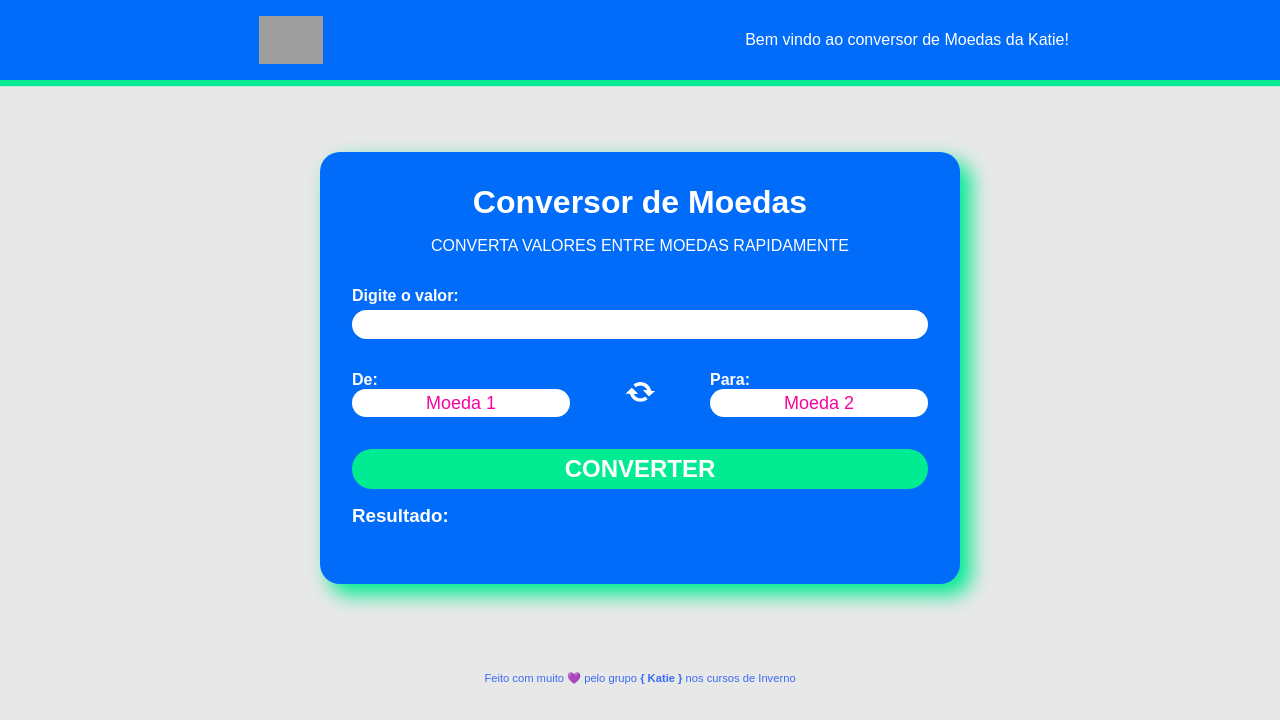
Repository: willamesalmeida/Conversor-de-Moedas
Page: index.html
These files come from the project's save history. The page is drawn as it stood at one moment and after the next save; the edit follows.
The browser window is 1280 px wide. The pictures show the whole page.
Pictures or frames that could not be fetched are drawn as grey boxes.

Above is the page before, as saved 2022-08-07 18:49:01.

### index.html
<!DOCTYPE html>
<html lang="pt-br">
<head>
    <meta charset="UTF-8" />
    <meta name="viewport" content="width=device-width, initial-scale=1.0">
    <link rel="stylesheet" href="./global.css">
    <link rel="stylesheet" href="./styles.css">
    <title>Conversor de moedas KATIE</title>
</head>
<body>
    <script src="script.js"></script>

    <header class="cabecalho">
        <img class="gif-katie" src="https://ic.ufal.br/extensao/katie/resources/logoanim.gif"/>
        <p class="saudacao">Bem vindo ao conversor de Moedas da Katie!</p>
    </header>
    <main class="container">
        <section class="card">
            <header>
                <h2 class="titulo">Conversor de Moedas</h2>
                CONVERTA VALORES ENTRE MOEDAS RAPIDAMENTE
            </header>

            <section class="valor">
                <label>Digite o valor:</label>
                <input type="number" id="valor_inicial">
            </section>

            <section class="conversao">
                <div  class="converter-de">
                    <label>De:</label>
                    <select name="moedasde" id="moedasde">
                        <option value="Moeda 1">Moeda 1</option>
                        <option value="USD">Dolar</option>
                        <option value="BRL">Real</option>
                        <option value="EUR">Euro</option>
                      </select>
                </div>
                <div class = "icone-conversor">
                    <img src="./conversor.png" width="60px" alt="icone de conversão">
                </div>
                <div class="converter-para">
                    <label>Para:</label>
                    <select name="moedaspara" id="moedaspara">
                        <option value="Moeda 2">Moeda 2</option>
                        <option value="USD">Dolar</option>
                        <option value="BRL">Real</option>
                        <option value="EUR">Euro</option>
                      </select>
                </div>

            </section>
            <button type="submit" onclick="Converter()">CONVERTER</button>
            <h3>Resultado:</h3>
            <span id="resultado" class="resultado"></span>

        </section>

    </main>
    <footer>
        Feito com muito &#128156 pelo grupo <strong>{ Katie }</strong> nos cursos de Inverno
    </footer>


</body>
</html>

### global.css
@import url('https://fonts.googleapis.com/css2?family=Roboto+Flex:opsz,wght@8..144,400;8..144,500&family=Roboto:ital,wght@0,100;0,300;0,400;0,500;0,700;0,900;1,100;1,300;1,400;1,500;1,700;1,900&display=swap');
:root {
  --rosa-katie: #f8049c;
  --amarelo-katie: #fdd54f;
  --cinza-katie: #1f1f24;
  --rosa-claro: #EF5AA7;
  --branco:  #ffffff;
  --blue: #3A6CF5;
  --gray:#E8E8E8;
  --grey2: #EBEBF3;
  --red:#FF0000;
  --greendark:#007560;
  --greenlight:#27EDC4;
  --greenciano:#51EFD0;
  --azul:#006CF9;
  --greengreen:#00EB92;
}

* {
  margin: 0;
  padding: 0;
  box-sizing: border-box;
}

body {
  font-family: 'Roboto ', sans-serif;
  font-family: 'Roboto Flex ', sans-serif;
  color: #ffffff;
  background-color: var(--gray);

}

### styles.css
.cabecalho {
  background: var(--azul);
  padding: 1rem 0;
}

.gif-katie {
  margin-left: 3rem;
  height: 3rem;
}
.cabecalho{
  display: flex;
  align-items: center;
  justify-content: space-around;
  box-shadow: 1px 1px 1px 5px var(--greengreen)
}

.saudacao {
  text-align: center;

}

.container {
  padding: 2.5rem 1rem;
}

.card {
  background: var(--azul);
  width: 40rem;
  height: 27rem;
  border-radius: 20px;
  padding: 2rem;
  margin: 2rem auto;
  box-shadow: 10px 10px 20px 1px var(--greengreen)
}

header h2 {
  font-size: 2rem;
}

.titulo {
  margin-bottom: 1rem;
}

.card header {
  text-align: center;
}

.valor {
  margin: 2rem 0;
  display: flex;
  flex-direction: column;
}

label {
  font-size: 1rem;
  font-weight: bold;
  margin-bottom: 0.3rem;
}

input,
select {
  -webkit-appearance: none;
  -moz-appearance: none;
  appearance: none;
  border: none;
  border-radius: 2rem;
  height: 1.8rem;
  width: 100%;
  background: var(--branco);
  color: var(--rosa-katie);
  outline: none;
  font-size: 18px;


}
select{
  text-align: center;
  padding:0.7 ;}
input {
    padding: 0.8rem;
}

.conversao {
    width: 100%;
    margin: 2rem 0;
    display: flex;
    flex-direction: row;
    justify-content: center;
    align-items: center;
  }

.converter-de,
.converter-para {
  width: 100%;
}

.converter-de {
  margin-right: 2.5rem;
}

.converter-para {
  margin-left: 2.5rem;
}

button {
  background: var(--greengreen);
  border: none;
  border-radius: 2rem;
  width: 100%;
  height: 2.5rem;
  cursor: pointer;
  color: var(--branco);
  font-weight: bold;
  font-size: 1.5rem;
  transition: 0.5s;
  margin-bottom: 1rem;
}

#resultado {
    font-weight: bold;
    color: var(--amarelo-katie);
    font-size: 1.2rem;
    text-align: center;

}

button:hover {
  filter: brightness(0.8);
}

footer {
    margin: 1rem 0;
    color: var(--blue);
    font-size: 0.70rem;
    text-align: center;
}

### script.js
function Converter() {
  let input = parseFloat(document.getElementById("valor_inicial").value);
  let output = document.getElementById("resultado");
  let de = document.getElementById("moedasde");
  let para = document.getElementById("moedaspara");

  if (isNaN(input)) {
    output.innerHTML = "Por favor, adicione um valor para converter e selecione as moedas!";
  } else {
    if (de.value == "BRL" && para.value != "para" && input != NaN) {
      console.log("real");
      let valorEmReais = input;
      let valor;
      if (para.value == "BRL") {
        valor = "O valor em reais é: R$" + valorEmReais.toFixed(2);
      } else if (para.value == "EUR") {
        valor = "O valor em euros é: €" + (valorEmReais * 0.1885).toFixed(2);
      } else if (para.value == "USD") {
        valor = "O valor em dólar é: $" + (valorEmReais * 0.1917).toFixed(2);
      }
      output.innerHTML = valor;
    } else if (de.value == "EUR" && para.value != "Moeda 2") {
      console.log("euro");
      let valorEmEuros = input;
      let valor;

      if (para.value == "EUR") {
        valor = "O valor em euros é: €" + valorEmEuros.toFixed(2);
      } else if (para.value == "USD") {
        valor = "O valor em dólar é: $" + (valorEmEuros * 1.0167).toFixed(2);
      } else if (para.value == "BRL") {
        valor = "O valor em reais é: R$" + (valorEmEuros * 5.303).toFixed(2);
      }
      output.innerHTML = valor;
    } else if (de.value == "USD" && para.value != "Moeda 2") {
      console.log("entrou no else is do dolar");
      let valorEmDolar = input;
      let valor;

      if (para.value == "USD") {
        valor = "O valor em dólar é: $" + valorEmDolar.toFixed(2);
      } else if (para.value == "BRL") {
        valor = "O valor em dólar é: R$" + (valorEmDolar * 5.16).toFixed(2);
      } else if (para.value == "EUR") {
        valor = "O valor em dólar é: €" + (valorEmDolar * 0.9832).toFixed(2);
      }
      output.innerHTML = valor;
    } else {
      output.innerHTML = "";
    }
  }
}

After the next save:
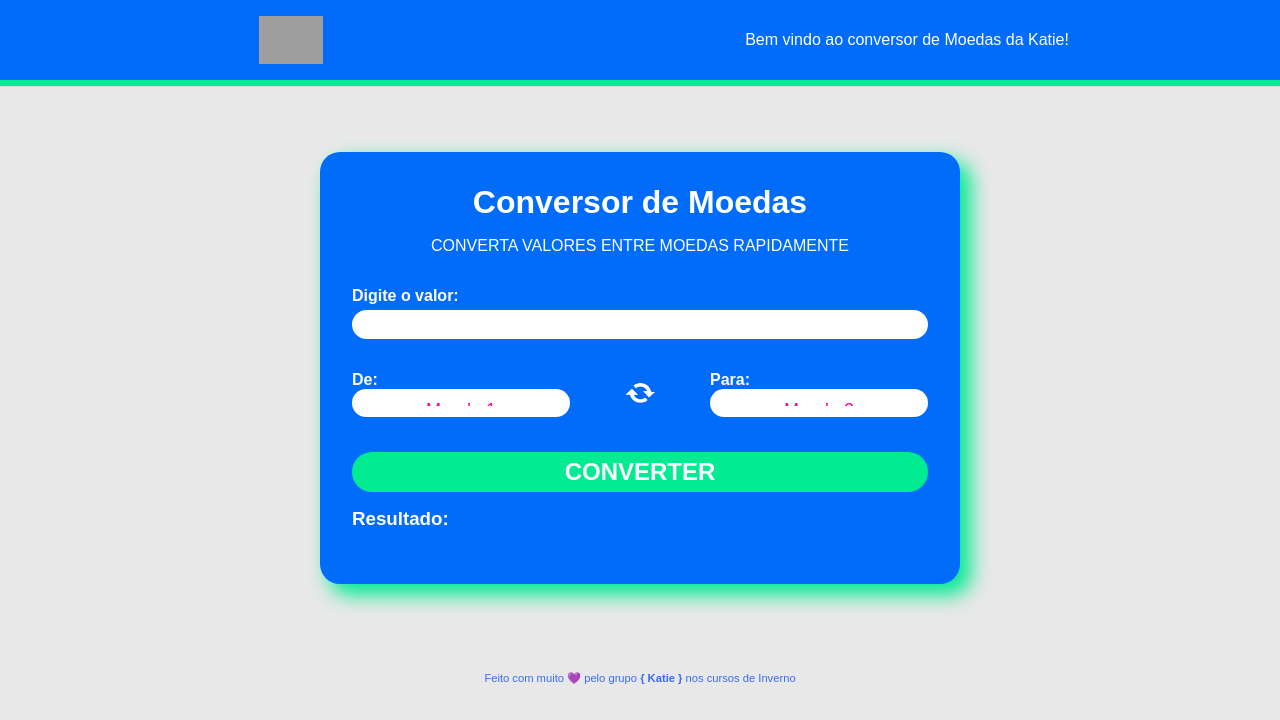
Saved 5 s later.
--- a/styles.css
+++ b/styles.css
@@ -75,7 +75,7 @@ select {
 }
 select{
   text-align: center;
-  padding:0.7 ;}
+  padding:0.7rem ;}
 input {
     padding: 0.8rem;
 }
